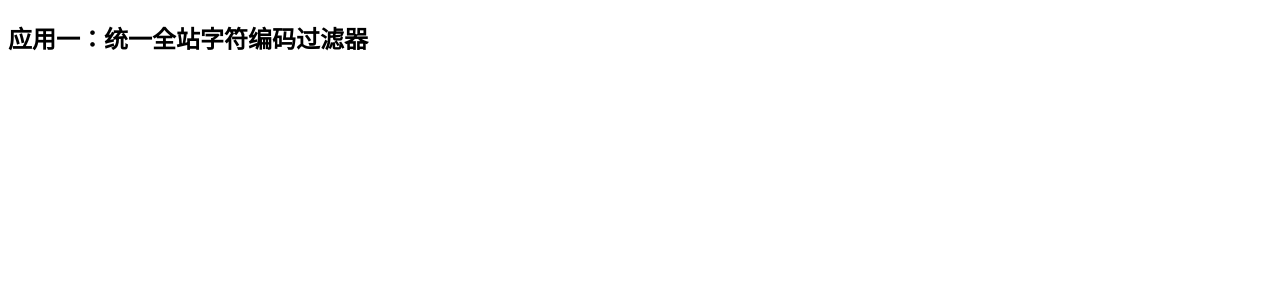
Repository: iamsongpeng/java-web-demo
Page: http://localhost/java-web-demo-filter/demo01/encoding.jsp
These files come from the project's save history. The page is drawn as it stood at one moment and after the next save; the edit follows.
The browser window is 1280 px wide. The pictures show the whole page.
The page is served by Tomcat 9. Other server files are loaded and not shown.

Above is the page before, as saved 2017-06-12 16:31:55.

### java-web-demo-filter/WebContent/demo01/encoding.jsp
<%@ page language="java" contentType="text/html; charset=UTF-8"
    pageEncoding="UTF-8"%>
<!DOCTYPE html PUBLIC "-//W3C//DTD HTML 4.01 Transitional//EN" "http://www.w3.org/TR/html4/loose.dtd">
<html>
<head>
<meta http-equiv="Content-Type" content="text/html; charset=UTF-8">
<title>Insert title here</title>
</head>
<body>
	<h2>应用一：统一全站字符编码过滤器</h2>
	<form action="${pageContext.request.contextPath }/encoding"></form>
</body>
</html>

After the next save:
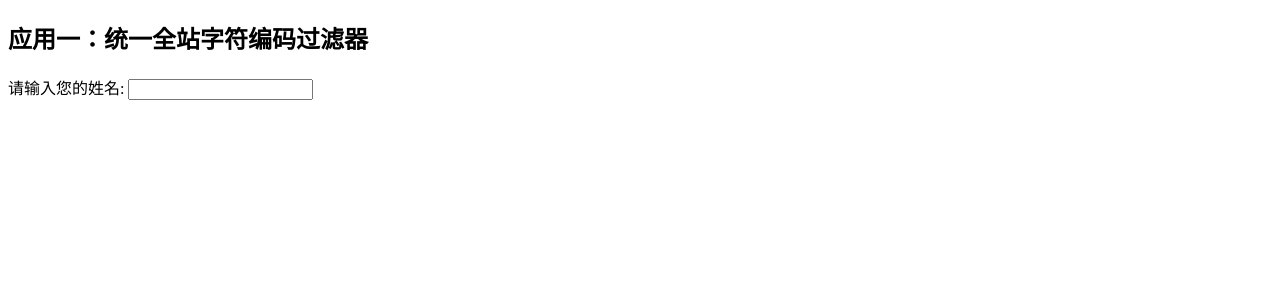
Saved 56 s later.
--- a/java-web-demo-filter/WebContent/demo01/encoding.jsp
+++ b/java-web-demo-filter/WebContent/demo01/encoding.jsp
@@ -8,6 +8,8 @@
 </head>
 <body>
 	<h2>应用一：统一全站字符编码过滤器</h2>
-	<form action="${pageContext.request.contextPath }/encoding"></form>
+	<form action="${pageContext.request.contextPath }/encoding">
+		请输入您的姓名: <input type="text" name="name">
+	</form>
 </body>
 </html>
